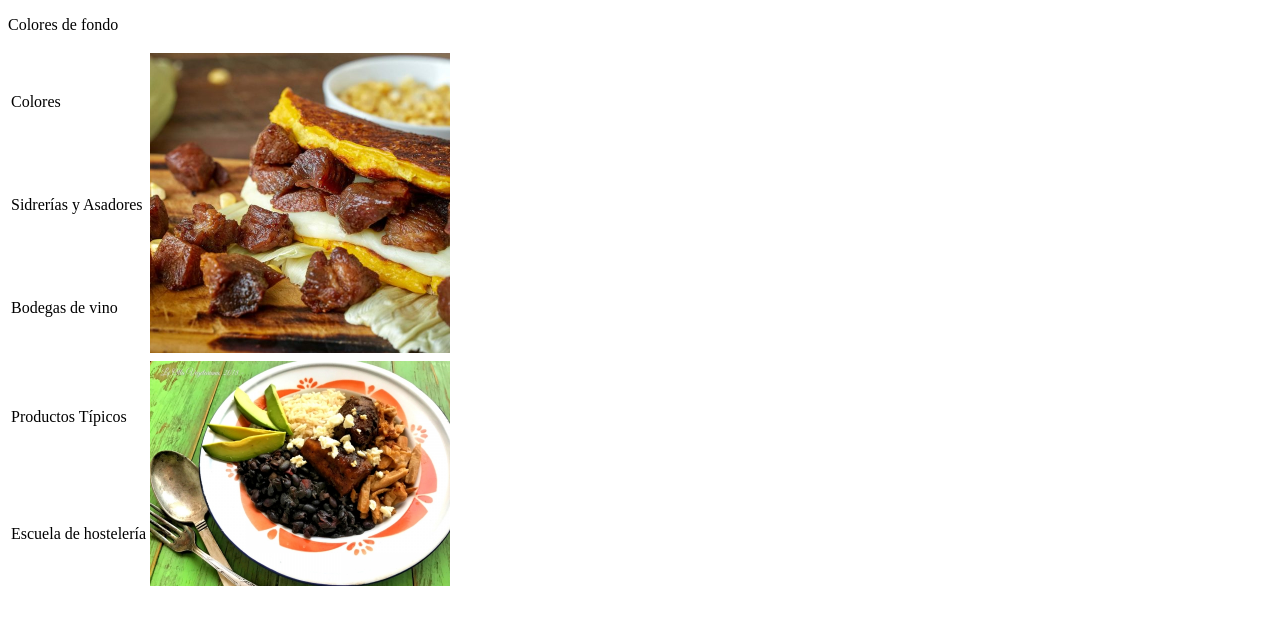
Repository: ThePerez/ArgProg
Page: Practicas ArgProg/Practica 3/Ejercicio 5/index.html
An editor plug-in stored every save of this project. The page is shown before and after the next save, followed by the edit.
The browser window is 1280 px wide. The pictures show the whole page.

Above is the page before, as saved 2023-03-14 11:44:20.

### Practicas ArgProg/Practica 3/Ejercicio 5/index.html
<!DOCTYPE html>
<html lang="en">

<head>
     <meta charset="UTF-8">
     <meta http-equiv="X-UA-Compatible" content="IE=edge">
     <meta name="viewport" content="width=device-width, initial-scale=1.0">
     <title>Ejercicio 5</title>
</head>

<body>
     <div id="principal">
          <p id="title">Colores de fondo</p>

          <table>
               <tr>
                    <td>Colores</td>
                    <td rowspan="3"><img src="../../assets/cachapa.jpg" alt="Cachapaz" width="50%" height="100%"></td>
               </tr>
               <tr>
                    <td>Sidrerías y Asadores</td>
               </tr>
               <tr>
                    <td>Bodegas de vino </td>
               </tr>
               <tr>
                    <td>Productos Típicos</td>
                    <td rowspan="2"><img src="../../assets/pabellon.jpg" alt="Cachapaz" width="50%" height="100%"></td>
               </tr>
               <tr>
                    <td>Escuela de hostelería</td>
               </tr>
     </div>
</body>

</html>

After the next save:
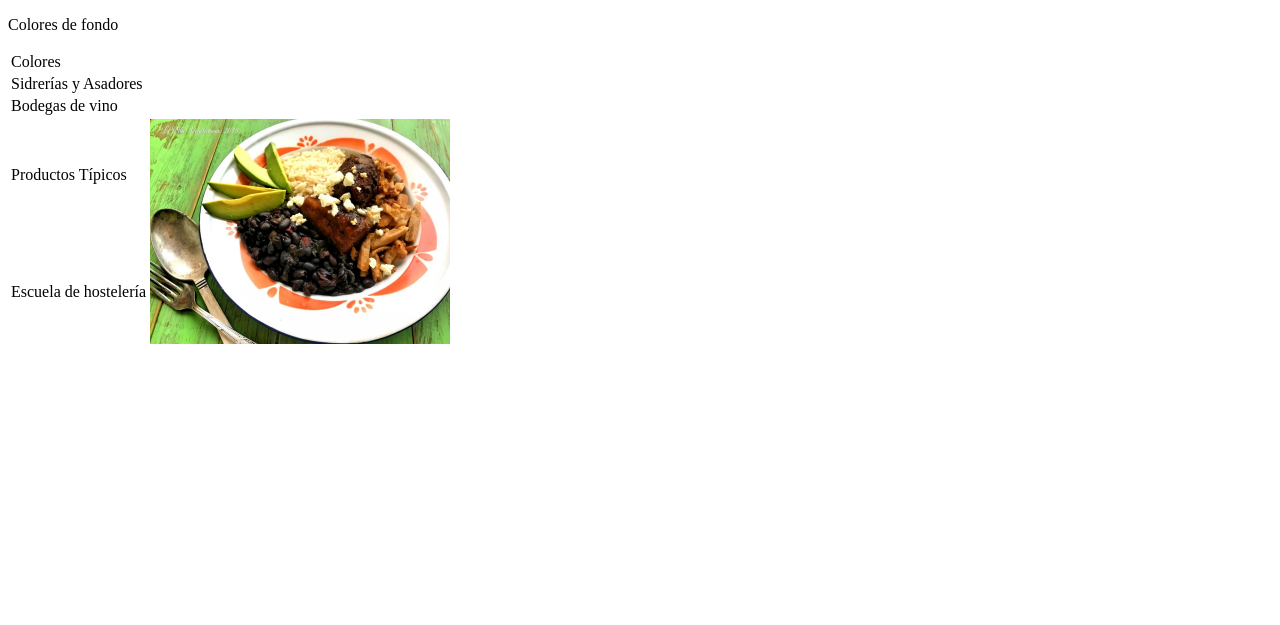
Saved 21 s later.
--- a/Practicas ArgProg/Practica 3/Ejercicio 5/index.html
+++ b/Practicas ArgProg/Practica 3/Ejercicio 5/index.html
@@ -15,7 +15,7 @@
           <table>
                <tr>
                     <td>Colores</td>
-                    <td rowspan="3"><img src="../../assets/cachapa.jpg" alt="Cachapaz" width="50%" height="100%"></td>
+
                </tr>
                <tr>
                     <td>Sidrerías y Asadores</td>
